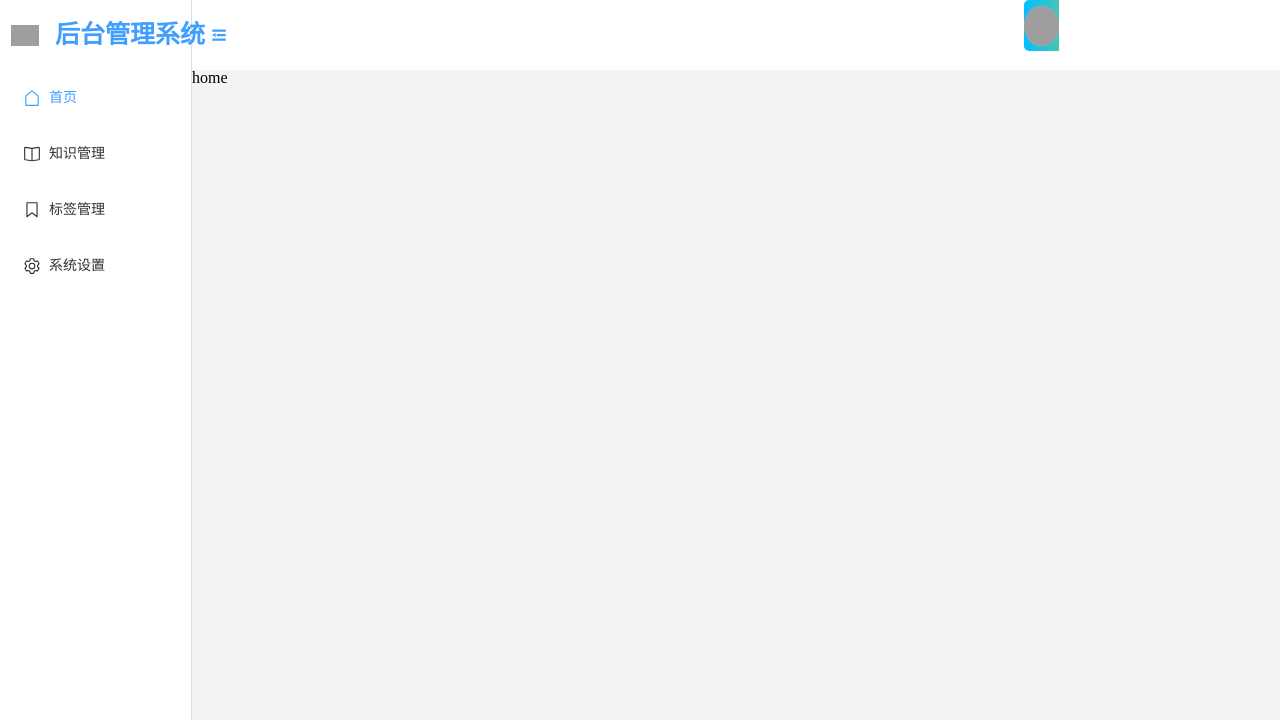
Repository: serrrN/admin
Page: /
An editor plug-in stored every save of this project. The page is shown before and after the next save, followed by the edit.
The browser window is 1280 px wide. The pictures show the whole page.
Pictures or frames that could not be fetched are drawn as grey boxes. The project was rebuilt for these pictures with package versions that can differ from the ones it lists, and the page was loaded fresh each time. Also part of the build but not shown: vite.config.ts, src/styles/index.scss.

Above is the page before, as saved 2024-06-05 17:33:35.

### src/main.ts
import { createApp } from 'vue'
import App from './App.vue'
import ElementPlus from 'element-plus'
import zhCn from 'element-plus/es/locale/lang/zh-cn'
import * as ElementPlusIconsVue from '@element-plus/icons-vue'
import router from './router'
import 'reset-css'
import './styles/index.scss'
import pinia from '@/store/index'
const app = createApp(App)
for (const [key, component] of Object.entries(ElementPlusIconsVue)) {
  app.component(key, component)
}
app.use(pinia)
app.use(ElementPlus, { locale: zhCn })
app.use(router)
app.mount('#app')

### src/App.vue
<script setup lang="ts"></script>

<template>
  <router-view></router-view>
</template>

<style>
* {
  box-sizing: border-box;
}
#app,
html,
body {
  width: 100%;
  height: 100%;
}
</style>

### src/router/index.ts
import { createRouter, createWebHistory } from 'vue-router'
import routes from './routes'
const router = createRouter({
  history: createWebHistory(),
  routes,
})
export default router

### src/router/routes.ts
const routes = [
  {
    path: '/',
    name: 'home',
    redirect: '/home',
    component: () => import('@/layout/index.vue'),
    children: [
      {
        path: '/home',
        component: () => import('@/views/home/index.vue'),
      },
      {
        path: '/knowledgeManage',
        component: () => import('@/views/knowledgeManage/index.vue'),
      },
      {
        path: '/tagManage',
        component: () => import('@/views/tagManage/index.vue'),
      },
      {
        path: "/systemSetting",
        component:()=>import("@/views/systemSetting/index.vue")
      }
    ],
  },
]

export default routes

### src/styles/variable.scss
//主题色
$theme-color:rgb(64, 158, 255);

// 布局容器左边宽度
$layout-container-left-max-width:15%;

// 布局容器左边塌陷后宽度
$layout-container-left-min-width:3.79%;

// 布局容器头部高度
$layout-container-header-height:70px;

### src/layout/index.vue
<template>
  <div class="layout-container">
    <div :class="systemStore.isCollapse?'left left-collapse':'left'" >
      <Menu />
    </div>
    <div :class="systemStore.isCollapse?'right right-collapse':'right'">
      <div class="header"><Header /></div>
      <div class="main"><Main/></div>
    </div>
  </div>
</template>

<script lang="ts" setup>
import Menu from './menu/index.vue'
import Header from './header/index.vue'
import Main from './main/index.vue'

import {useSystemStore} from "@/store/modules/system"
const systemStore = useSystemStore()
</script>

<style scoped lang="scss">
.layout-container {
  width: 100%;
  height: 100%;
  display: flex;
  background-color: #f3f3f3;
  .left {
    height: 100%;
    width: $layout-container-left-max-width;
    transition: all linear 0.5s;
  }
  .left-collapse{
    width:$layout-container-left-min-width;
  }
  .right {
    width: calc(100% - $layout-container-left-max-width);
    transition: all linear 0.5s;
    .header {
      width: 100%;
      height: $layout-container-header-height;
      display: flex;
      justify-content:flex-end;
      background-color: white;
    }
    .main {
      height: calc(100% - $layout-container-header-height);
      width: calc(100%);
    }
  }
  .right-collapse{
    width:calc(100% - $layout-container-left-min-width);
  }

}
</style>

### src/views/home/index.vue
<template>
home
</template>
<script setup lang="ts">

</script>
<style lang="scss" scoped>

</style>

### src/layout/menu/index.vue
<template>
  <el-menu
    default-active="home"
    :class="systemStore.isCollapse?'el-menu-vertical-collapse':'el-menu-vertical'"
    :collapse="systemStore.isCollapse"
    :router="true"
    collapse-transition
    @open="handleOpen"
    @close="handleClose"
  >
    <div class="header">
      <div class="manage-msg" v-show="!systemStore.isCollapse">
        <div class="logo-wrapped">
          <img src="/vite.svg" class="logo" alt="Vite logo" />
        </div>
        <div class="name">后台管理系统</div>
      </div>
      <div class="fold-icon-wrapped" @click="handleCollapse">
        <el-icon size="18" color="rgb(64, 158, 255)">
          <component :is="systemStore.isCollapse?'Expand':'Fold'"></component>
        </el-icon>
      </div>
    </div>

    <el-menu-item index="home">
      <el-icon><House /></el-icon>
      <template #title>首页</template>
    </el-menu-item>
    <el-menu-item index="knowledgeManage">
      <el-icon><reading /></el-icon>
      <template #title>知识管理</template>
    </el-menu-item>
    <el-menu-item index="tagManage">
      <el-icon><CollectionTag /></el-icon>
      <template #title>标签管理</template>
    </el-menu-item>
    <el-menu-item index="systemSetting">
      <el-icon><setting /></el-icon>
      <template #title>系统设置</template>
    </el-menu-item>
  </el-menu>
</template>

<script lang="ts" setup>
import {useSystemStore} from "@/store/modules/system"
const systemStore = useSystemStore()

const handleOpen = (key: string, keyPath: string[]) => {
  console.log(key, keyPath)
}
const handleClose = (key: string, keyPath: string[]) => {
  console.log(key, keyPath)
}
const handleCollapse = () => {
  systemStore.isCollapse = !systemStore.isCollapse

}
</script>

<style lang="scss" scoped>
.el-menu {
  height: 100%;
  // 管理系统菜单头部(展示名字和logo)
  .header {
    display: flex;
    height: 70px;
    line-height: 70px;
    justify-content: space-between;
    transition: all 1s;
    //管理系统信息
    .manage-msg {
      display: flex;
      // logo容器
      .logo-wrapped {
        line-height: 50px;
        height: 100%;
        display: flex;
        align-items: center;
        justify-content: center;
        width: 50px;
        .logo {
          width: 28px;
        }
      }
      // 管理系统名称
      .name {
        text-align: center;
        font-size: 25px;
        width: 160px;
        color: $theme-color;
        font-weight: 600;
      }
    }

    // 折叠图标容器
    .fold-icon-wrapped {
      width: 100%;
      display: flex;
      align-items: center;
      justify-content: center;
    }
  }

  //菜单名称
  .el-menu-item span {
    color: rgb(48, 49, 51);
    font-weight: 400;
    font-size: 17px;
    line-height: 56px;
    font-family: 'Helvetica Neue', Helvetica, 'PingFang SC', 'Hiragino';
  }
}
// 菜单不处于塌陷状态
.el-menu-vertical:not(.el-menu--collapse) {
  width: 100%;
  min-height: 100%;
  min-width: 20%;
}


</style>

### src/layout/header/index.vue
<template>
  <Menu/>
</template>
<script setup lang="ts">
// import Tabs from './tabs/index.vue'
import Menu from './menu/index.vue'
</script>
<style lang="scss" scoped></style>

### src/layout/main/index.vue
<template>
  <router-view></router-view>
</template>
<script setup lang="ts"></script>
<style lang="scss" scoped></style>

### src/store/modules/system.ts
import { defineStore } from 'pinia'
import { ref } from 'vue'
export const useSystemStore = defineStore('system', () => {
  const isCollapse = ref(false)

  return { isCollapse }
})

### src/layout/header/menu/index.vue
<template>
  <div class="header-menu">
    <el-avatar
        src="https://cube.elemecdn.com/0/88/03b0d39583f48206768a7534e55bcpng.png"
      />
  </div>
</template>
<script setup lang="ts"></script>
<style lang="scss" scoped>
.header-menu {
  width:calc(20vw);
  height:calc(4vw);
  background-image: linear-gradient(90deg, #00C0FF 0%, #FFCF00 49%, #FC4F4F 80%, #00C0FF 100%);
  border-radius:5px;
  display:flex;
  align-items:center;
  justify-content:center;
  text-transform:uppercase;
  font-size:3vw;
  font-weight:bold;
  position: relative;
  z-index: 1;
  &:after {
  content:attr(alt);
  width:20vw;
  height:4vw;
  background-color:white;
  display:flex;
  align-items:center;
  justify-content:center;
  z-index: -1;
}
&:hover {
  animation:slidebg 2s linear infinite;
  width:calc(20vw + 6px);
  height:calc(4vw + 6px);
}
}
@keyframes slidebg {
  to {
    background-position:20vw;

  }
}



</style>

Loaded but not shown: index.html (common file); src/store/index.ts (common file)

After the next save:
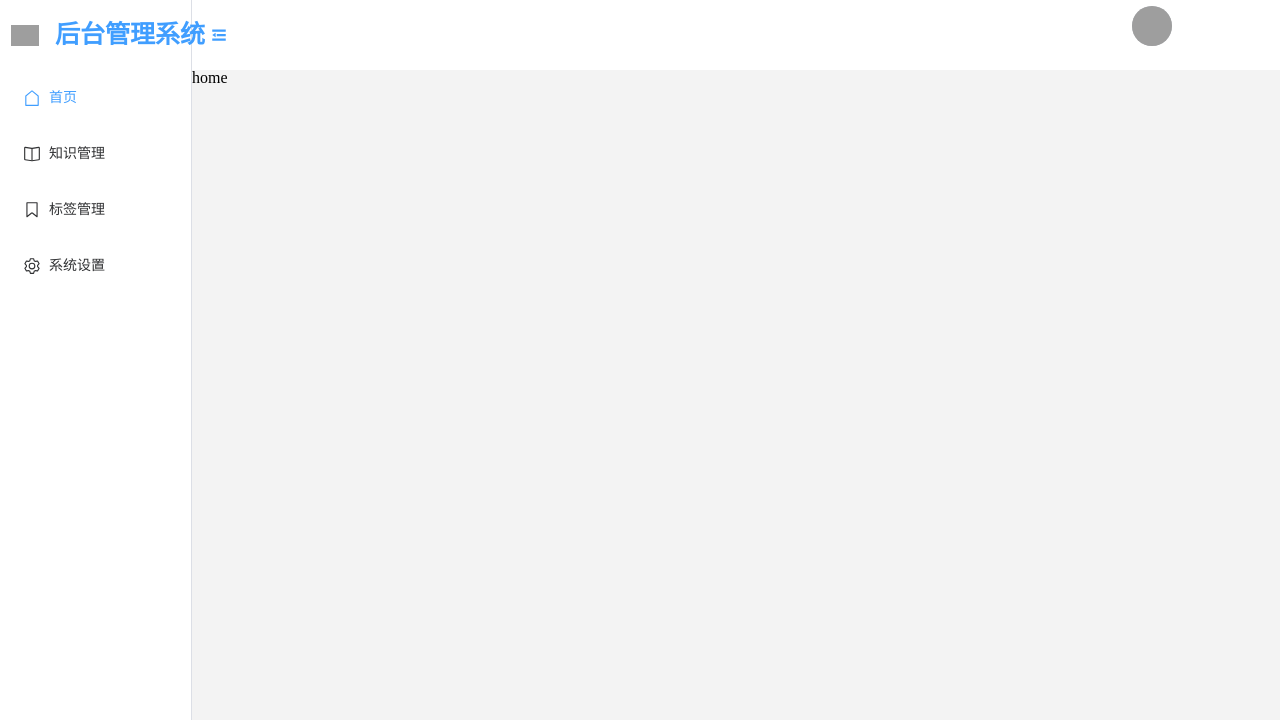
Saved 2 min 18 s later.
--- a/src/layout/header/menu/index.vue
+++ b/src/layout/header/menu/index.vue
@@ -8,41 +8,47 @@
 <script setup lang="ts"></script>
 <style lang="scss" scoped>
 .header-menu {
-  width:calc(20vw);
-  height:calc(4vw);
+  width: calc(20vw);
+  height: calc(4vw);
   background-image: linear-gradient(90deg, #00C0FF 0%, #FFCF00 49%, #FC4F4F 80%, #00C0FF 100%);
-  border-radius:5px;
-  display:flex;
-  align-items:center;
-  justify-content:center;
-  text-transform:uppercase;
-  font-size:3vw;
-  font-weight:bold;
+  border-radius: 5px;
+  display: flex;
+  align-items: center;
+  justify-content: center;
+  text-transform: uppercase;
+  font-size: 3vw;
+  font-weight: bold;
   position: relative;
-  z-index: 1;
+  z-index: 1; // 设置z-index，确保内容在伪元素之上
+
   &:after {
-  content:attr(alt);
-  width:20vw;
-  height:4vw;
-  background-color:white;
-  display:flex;
-  align-items:center;
-  justify-content:center;
-  z-index: -1;
+    content: attr(alt);
+    width: 100%; // 使用100%宽度，以覆盖整个.header-menu
+    height: 100%; // 使用100%高度，以覆盖整个.header-menu
+    background-color: white;
+    display: flex;
+    align-items: center;
+    justify-content: center;
+    position: absolute;
+    top: 0;
+    left: 0;
+    z-index: -1; // 设置较低的z-index，确保伪元素在内容之下
+  }
+
+  &:hover {
+    animation: slidebg 2s linear infinite;
+    width: calc(20vw + 6px);
+    height: calc(4vw + 6px);
+  }
 }
-&:hover {
-  animation:slidebg 2s linear infinite;
-  width:calc(20vw + 6px);
-  height:calc(4vw + 6px);
-}
-}
+
 @keyframes slidebg {
   to {
-    background-position:20vw;
-
+    background-position: 20vw;
   }
 }
 
 
 
+
 </style>

After the save that followed:
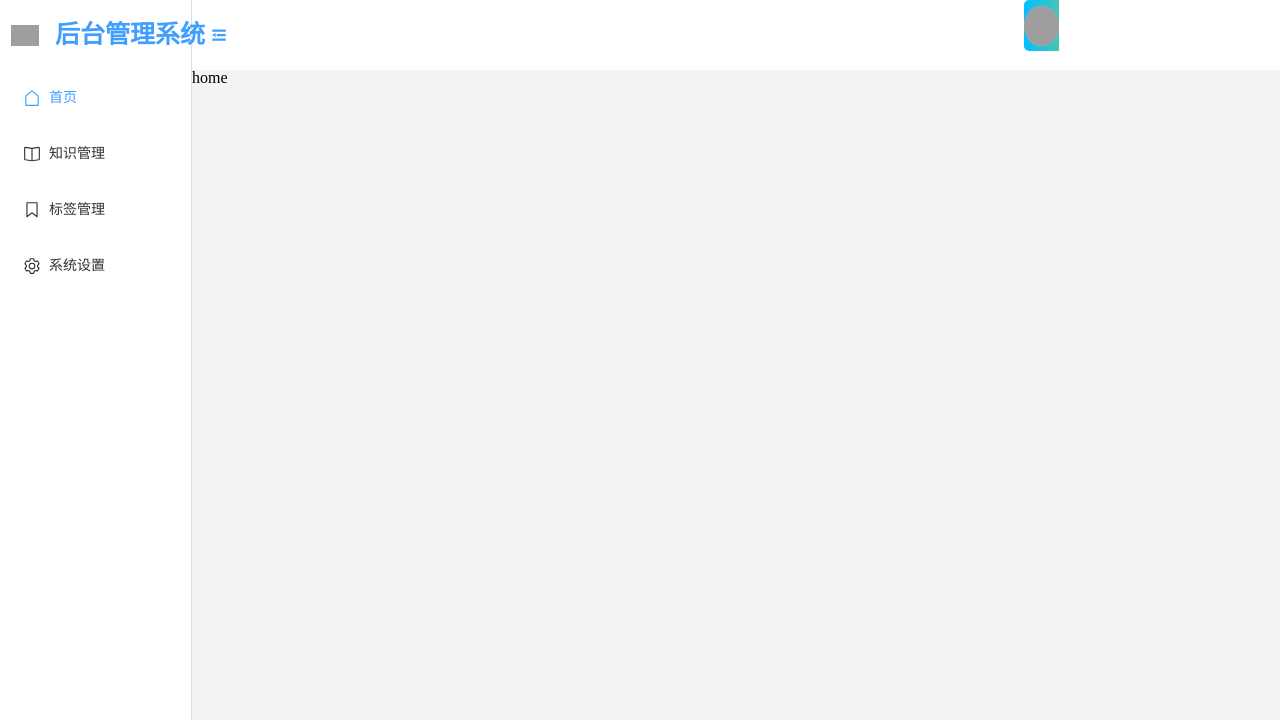
Saved 46 s later.
--- a/src/layout/header/menu/index.vue
+++ b/src/layout/header/menu/index.vue
@@ -8,47 +8,41 @@
 <script setup lang="ts"></script>
 <style lang="scss" scoped>
 .header-menu {
-  width: calc(20vw);
-  height: calc(4vw);
+  width:calc(20vw);
+  height:calc(4vw);
   background-image: linear-gradient(90deg, #00C0FF 0%, #FFCF00 49%, #FC4F4F 80%, #00C0FF 100%);
-  border-radius: 5px;
-  display: flex;
-  align-items: center;
-  justify-content: center;
-  text-transform: uppercase;
-  font-size: 3vw;
-  font-weight: bold;
+  border-radius:5px;
+  display:flex;
+  align-items:center;
+  justify-content:center;
+  text-transform:uppercase;
+  font-size:3vw;
+  font-weight:bold;
   position: relative;
-  z-index: 1; // 设置z-index，确保内容在伪元素之上
-
+  z-index: 1;
   &:after {
-    content: attr(alt);
-    width: 100%; // 使用100%宽度，以覆盖整个.header-menu
-    height: 100%; // 使用100%高度，以覆盖整个.header-menu
-    background-color: white;
-    display: flex;
-    align-items: center;
-    justify-content: center;
-    position: absolute;
-    top: 0;
-    left: 0;
-    z-index: -1; // 设置较低的z-index，确保伪元素在内容之下
-  }
-
-  &:hover {
-    animation: slidebg 2s linear infinite;
-    width: calc(20vw + 6px);
-    height: calc(4vw + 6px);
-  }
+  content:attr(alt);
+  width:20vw;
+  height:4vw;
+  background-color:white;
+  display:flex;
+  align-items:center;
+  justify-content:center;
+  z-index: -1;
 }
-
+&:hover {
+  animation:slidebg 2s linear infinite;
+  width:calc(20vw + 6px);
+  height:calc(4vw + 6px);
+}
+}
 @keyframes slidebg {
   to {
-    background-position: 20vw;
+    background-position:20vw;
+
   }
 }
 
 
 
-
 </style>
